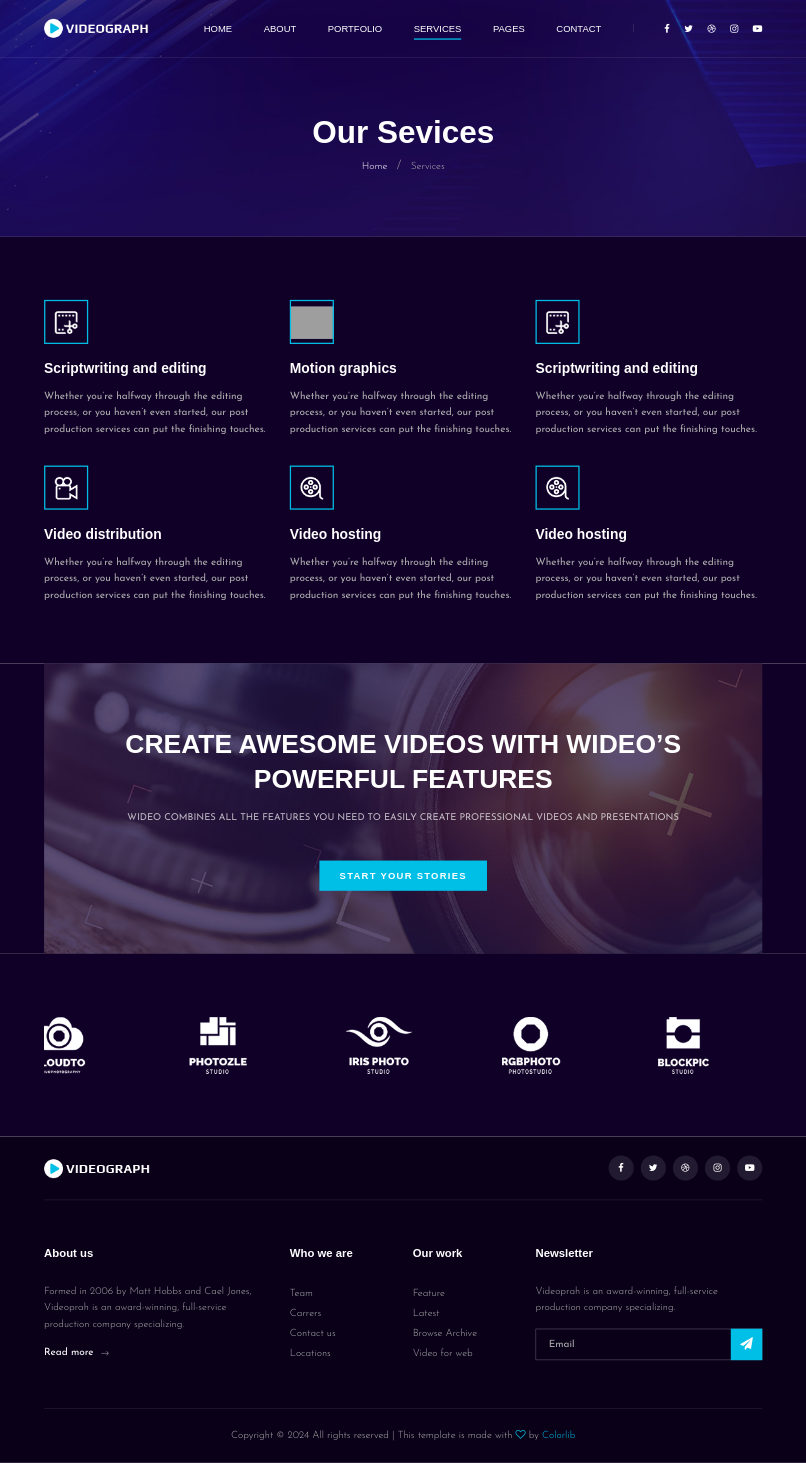
Repository: codexshot/himanshu-portfolio.io
Page: services.html
The author's editor kept a copy of each file at every save. The page is drawn from the files as they stood at one save, then again after the next save.
The browser window is 1280 px wide. The pictures show the whole page, at 63% of full size.
Pictures or frames that could not be fetched are drawn as grey boxes. Some web fonts or font styles are not loaded; a fallback is used.

Above is the page before, as saved 2024-04-14 18:56:15.

After the next save:
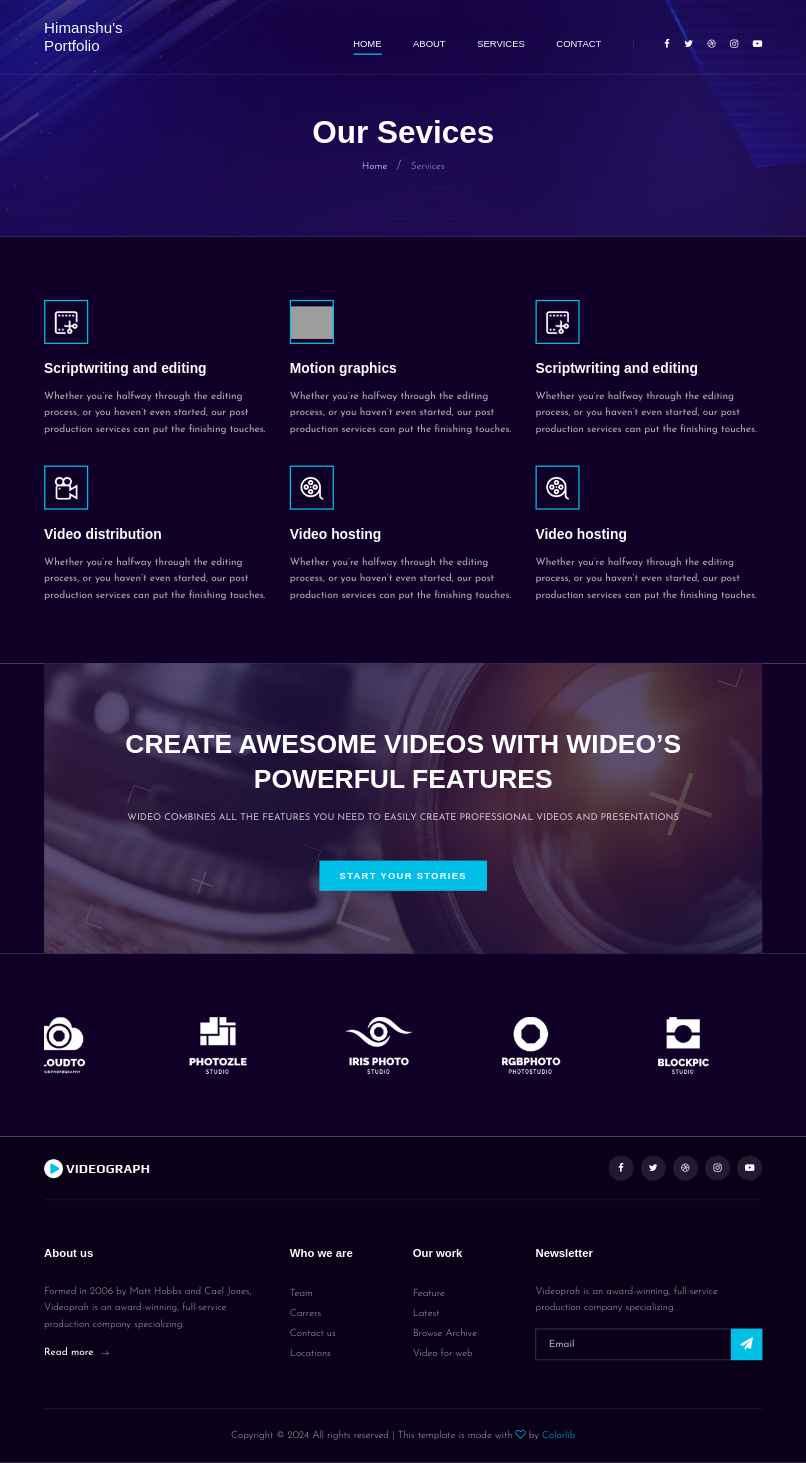
Saved 19 s later.
--- a/services.html
+++ b/services.html
@@ -36,25 +36,17 @@
             <div class="row">
                 <div class="col-lg-2">
                     <div class="header__logo">
-                        <a href="./index.html"><img src="img/logo.png" alt=""></a>
-                    </div>
-                </div>
-                <div class="col-lg-10">
+                        <h4 style="color: aliceblue;">Himanshu's Portfolio</h4>
+                    </div>
+                </div>
+                <div class="col-lg-10">l̥
                     <div class="header__nav__option">
                         <nav class="header__nav__menu mobile-menu">
                             <ul>
-                                <li><a href="./index.html">Home</a></li>
+                                <li class="active"><a href="./index.html">Home</a></li>
                                 <li><a href="./about.html">About</a></li>
-                                <li><a href="./portfolio.html">Portfolio</a></li>
-                                <li class="active"><a href="./services.html">Services</a></li>
-                                <li><a href="#">Pages</a>
-                                    <ul class="dropdown">
-                                        <li><a href="./about.html">About</a></li>
-                                        <li><a href="./portfolio.html">Portfolio</a></li>
-                                        <li><a href="./blog.html">Blog</a></li>
-                                        <li><a href="./blog-details.html">Blog Details</a></li>
-                                    </ul>
-                                </li>
+
+                                <li><a href="./services.html">Services</a></li>
                                 <li><a href="./contact.html">Contact</a></li>
                             </ul>
                         </nav>
